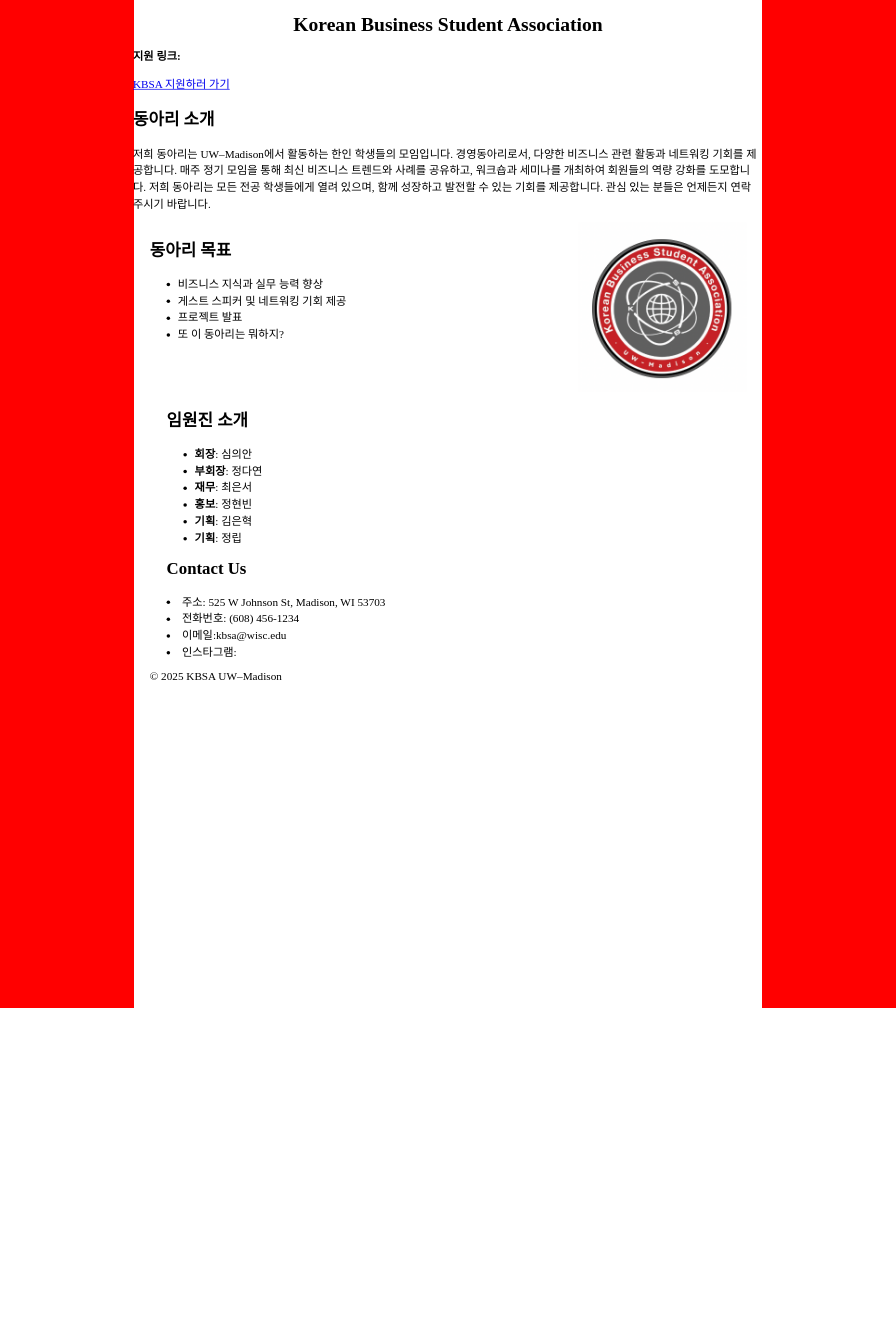
Repository: 23HarveyJi/25-Fall_chillguys
Page: website.html
The author's editor kept a copy of each file at every save. The page is drawn from the files as they stood at one save, then again after the next save.
The browser window is 1280 px wide. The pictures show the part of the page from y = 0 to 1920 px (the page is 2899 px tall), at 70% of full size.

Above is the page before, as saved 2025-10-16 23:06:54.

### website.html
<!DOCTYPE html>
<html lang="ko">
<head>
  <meta charset="UTF-8" />
  <title>UW–Madison 한인 동아리</title>
  <link rel="stylesheet" href="website.css" />
</head>

<body>
  <!-- 1. 소개 섹션 -->
  <div class="container">
    <h1>Korean Business Student Association</h1>

   <p><b>지원 링크:</b></p>
<a href="https://linktr.ee/kbsamadison?fbclid=PAZXh0bgNhZW0CMTEAAaez0IGr_gX9bEeE5vzRfHqp_7vc0nbncP" target="_blank">
  KBSA 지원하러 가기
</a>

   <h2>동아리 소개</h2>
    <p>저희 동아리는 UW–Madison에서 활동하는 한인 학생들의 모임입니다. 경영동아리로서, 다양한 비즈니스 관련 활동과 네트워킹 기회를 제공합니다.
        매주 정기 모임을 통해 최신 비즈니스 트렌드와 사례를 공유하고, 워크숍과 세미나를 개최하여 회원들의 역량 강화를 도모합니다.
        저희 동아리는 모든 전공 학생들에게 열려 있으며, 함께 성장하고 발전할 수 있는 기회를 제공합니다.
        관심 있는 분들은 언제든지 연락 주시기 바랍니다.
</p>

<div class="container">
  <div class="content">
    <div class="text">
      <h2>동아리 목표</h2>
      <ul>
        <li>비즈니스 지식과 실무 능력 향상</li>
        <li>게스트 스피커 및 네트워킹 기회 제공</li>
        <li>프로젝트 발표</li>
        <li>또 이 동아리는 뭐하지?</li>
      </ul>
    </div>

   <div class="image">
  <!-- 로고에만 링크 -->
  <a href="https://www.instagram.com/kbsa_madison/?hl=en" target="_blank">
    <img src="kbsa.jpg" width="300" alt="KBSA" title="kbsa_madison">
  </a>
</div>

  </div>

  <!-- 2. 임원진 섹션 (body 안에 또 body 넣지 않기!) -->
  <div class="container">
    <h2>임원진 소개</h2>
    <ul class="officers">
      <li><strong>회장</strong>: 심의안</li>
      <li><strong>부회장</strong>: 정다연</li>
      <li><strong>재무</strong>: 최은서</li>
      <li><strong>홍보</strong>: 정현빈</li>
      <li><strong>기획</strong>: 김은혁</li>
      <li><strong>기획</strong>: 정립</li>
    </ul>
  </div>
</body>
</html>
<section>
        <div class="container">
            <h2>Contact Us</h2>
        <p>
            <li>주소: 525 W Johnson St, Madison, WI 53703</li>
            <li>전화번호: (608) 456-1234</li>
           <li>이메일:kbsa@wisc.edu</li>
            <li>인스타그램:</li>
        </p>
</section>
    <p>© 2025 KBSA UW–Madison</p>
</footer>
</body>

### website.css
/* style.css — HTML 태그 금지! CSS만 */
/* style.css */

html, body {
    height: 200%;
    margin: 0;
}
body {
  background: linear-gradient(to right,
   red 15%,
   white 15% 85%,
   red 85%);
  background-repeat: no-repeat;
margin: 0;
}
.container {
  max-width: 800px;
  margin: 50px auto;
  padding: 0 20px;
}
h1 {
    font-size: 28px;
    font-weight: 700;
    margin-bottom: 15px;
    text-align: center;
}
/* 중앙 본문 폭 */
.container { max-width: 900px; margin: 0 auto; padding: 0 24px; }

/* ⬇️ 핵심 */
.content{
  display: flex;
  align-items: flex-start;
  justify-content: space-between;
  gap: 32px;
}

.text{ flex: 1 1 60%; }                    /* 텍스트 영역 */
.image{ flex: 0 0 260px; display:flex; justify-content:flex-end; }
.image img{ width: 240px; height:auto; display:block; }

/* 좁은 화면에서는 세로로 쌓이게 */
@media (max-width: 768px){
  .content{ flex-direction: column; }
  .image{ justify-content: flex-start; }
}

/* 로고 이미지만 링크 유지 + 클릭 시 효과 주기 (선택사항) */
.image a img {
  transition: transform 0.2s ease;
}

.image a img:hover {
  transform: scale(1.10);
}

After the next save:
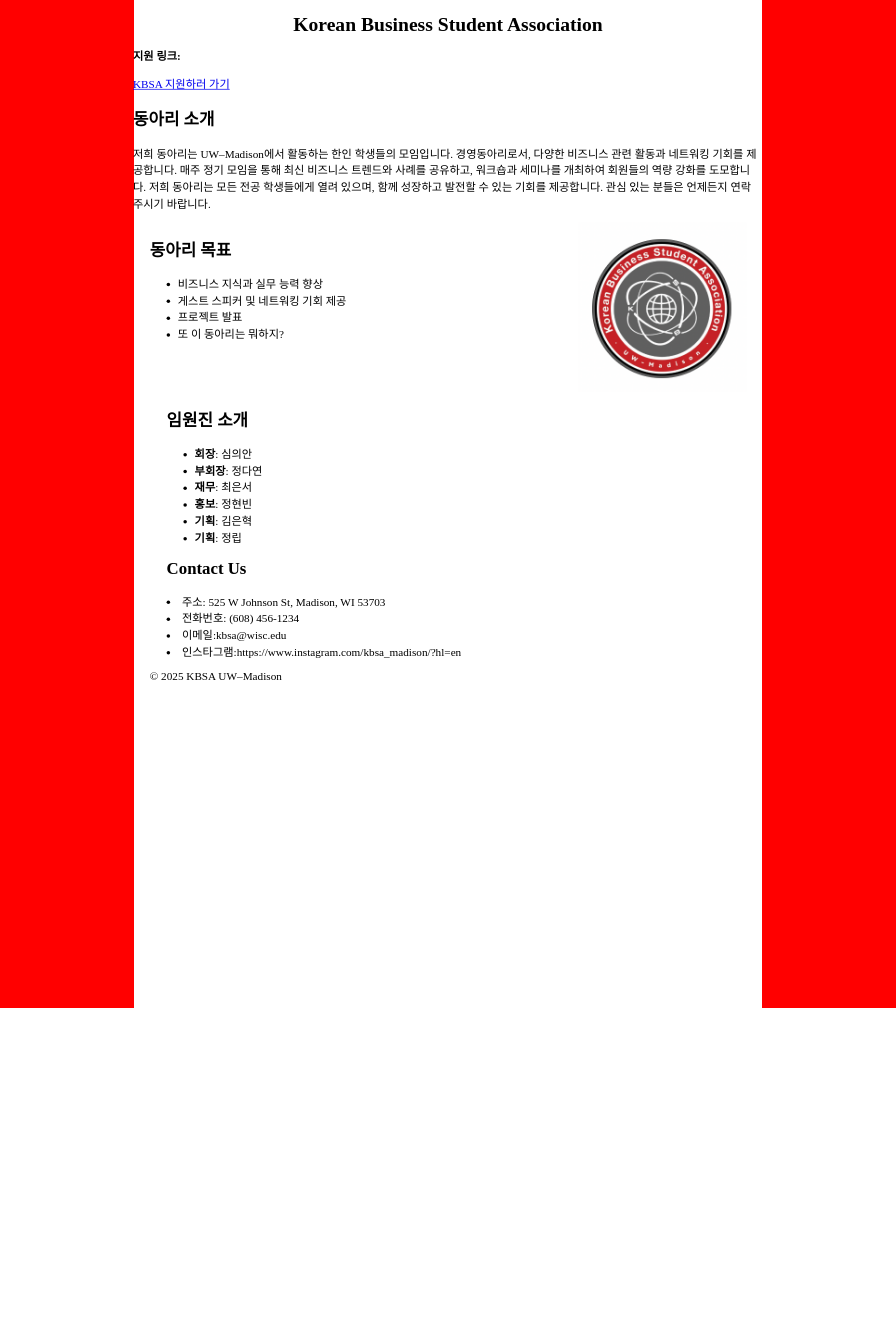
Saved 20 s later.
--- a/website.html
+++ b/website.html
@@ -65,7 +65,7 @@
             <li>주소: 525 W Johnson St, Madison, WI 53703</li>
             <li>전화번호: (608) 456-1234</li>
            <li>이메일:kbsa@wisc.edu</li>
-            <li>인스타그램:</li>
+            <li>인스타그램:https://www.instagram.com/kbsa_madison/?hl=en</li>
         </p>
 </section>
     <p>© 2025 KBSA UW–Madison</p>
